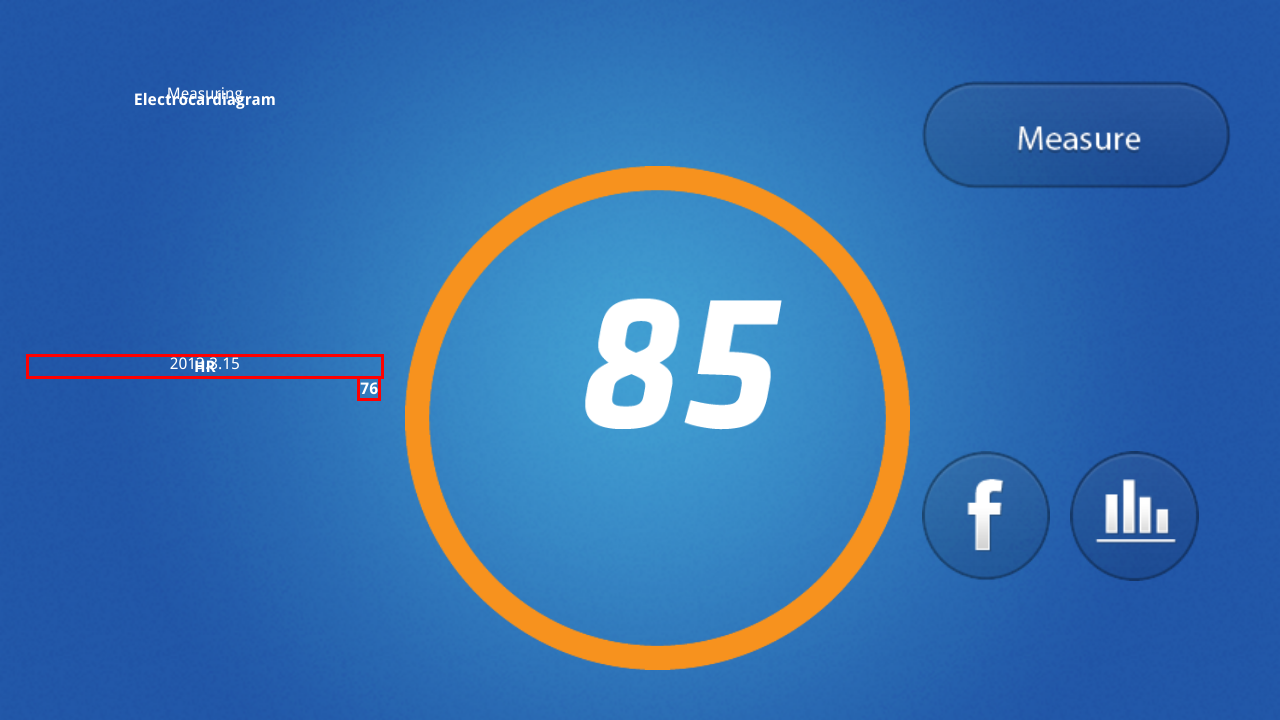
Repository: chouwill79131/IEcontest
Page: BluetoothChat/assets/complete.html
The author's editor kept a copy of each file at every save. The page is drawn from the files as they stood at one save, then again after the next save.
The browser window is 1280 px wide. The pictures show the whole page.

Above is the page before, as saved 2013-03-08 17:50:52.
Console error: TypeError: Cannot set properties of null (setting 'innerHTML')

### BluetoothChat/assets/complete.html
<html>
  <head>
    <meta http-equiv="Content-Type" content="text/html; charset=utf-8"/>
    <link href="complete.css" rel="stylesheet"/>
    <script src="jquery.js"></script>
    <script src="highcharts.js"></script>
    <script src="delay.js"></script>
    <script src="main.js"></script>
  </head>
  <body>
    <div id="main" >
    	<div class="left">
			<div class="text">
				<div class="word">Electrocardiagram</div><br />
				<div class="subword">Measuring</div><br />

				<div class="hr"><div>HR</div><div id="hr">76</div></div><br />
				<div class="date">2013.3.15</div>
			</div>

		</div>

		<div class="mid">
			<img class="rhythm" src="button/85.png" />
			<img class="circle" src="button/circle.png" />
		</div>

		<div class="right">
			<button class="measure"><img src="button/Measure.png" /></button><br />
			<button class="share" ><img src="button/Share.png" /></button>
			<button class="record"><img src="button/Record.png" /></button>
		</div>




	</div>
  </body>
</html>

### BluetoothChat/assets/complete.css
@font-face {
    font-family: droidsans;
    src: url(fonts/droidsans.ttf);
}

@font-face {
    font-family: DroidSans-Bold;
    src: url(fonts/DroidSans-Bold.ttf);
}

body { margin:0; padding:0;}
#main { width: auto; height: 100%; background-image: url(button/background.png); background-size: 100% 100%; }
.left, .mid, .right {float: left; height: 100%; }


.left {  width: 28%; padding-left:2%;}
.text, .hr , .date{ text-align: center; color:white;}
.word { margin-top: 25%;  font-family: DroidSans-Bold ; }
.subword, .date { margin-top:-12%; font-family: droidsans ;}
.hr {  border:solid red ; margin-top: 65%;  font-family: DroidSans-Bold ;}
#hr {border:solid red; float:right; margin-left: -10% ;}
.date { font-family: droidsans ;}

.mid { width: 41%; }
.rhythm, .circle { width: auto; height:70%; margin-left: 4%; }
.rhythm { margin-top: 22%; z-index: 1;  margin-left:-28% ;}
.circle { margin-top: -86.5%; z-index: 2; }

.right { width: 29%; }
.right button { float: left; border: none; background: transparent; }
.measure img {margin-top: 8%; width: auto;  height:15%; }
.share img, .record img { width: auto;  height:18%; }
.measure { margin-left: 2%; margin-top: 15%; }
.share, .record { background: red;margin-top: 70%; margin-left: 2%; }


<!--
border? font? .record_top
-->

### BluetoothChat/assets/delay.js

$(function(){
setTimeout(function(){
$.getScript("dy_chart.js");
},200)
})

### BluetoothChat/assets/main.js
var chart;
var step = 0.01;	//step0.008每秒125點	//0.005極限
var xstart = step;
var hr = "--";
var score = "--";
var index;
$(document).ready(function ready() {

    var s = "";
    var theDate = new Date();
    s += theDate.getYear()+1900 + ".";                //  年
    s += (theDate.getMonth() + 1) + ".";				// 月
    s += theDate.getDate(); 							// 日
    document.getElementById("date").innerHTML = s;
    index = document.getElementById("main").innerHTML; //保留首頁

    $(".measure").live("click", function() {
      measure();
    }); //click .measure


}); //(document).ready

function shared(){
	view1 = document.getElementById("rhythm").innerHTML;
	document.getElementById("rhythm").innerHTML = view1+'<img class="stop" src="button/complete.png" style="width:100%; margin-top: -50% ;z-index:5;position: relative;" />';
	$("#main").live("click", function() {
      document.getElementById("rhythm").innerHTML = view1;
    });
}

function complete(hr1,score1){
  hr = hr1;
  score = score1;
  view = document.getElementById("dy_chart").innerHTML;
  document.getElementById("dy_chart").innerHTML = view+'<img class="stop" src="button/Completed.png" style="width:50%; margin: -20% 0% 0% 25%; z-index:2;position: relative;" />';
  $(".stop").html('<img src="button/Continue.png" />');
}

function addSomething(a) {
  for (var i in a){
    chart.series[0].addPoint([xstart,a[i]],false,true);
    xstart += step;
  }
  chart.redraw();
}

function history(history){
	view2 = document.getElementById("main").innerHTML;
    $("#main").html(
    '<div class="main1">'+
	'<div class="contain">'+
	'<div id="dy_chart" style="z-index:1;position: relative;"></div>'+
	'</div>'+
	'<div id="foot">'+
	'<button class="stop">'+
	'<img src="button/Back.png" />'+
	'</button>'+
	'</div>'+
    '</div>'
    );

    Highcharts.setOptions({
      global: {
	useUTC: true
      }
    });

    hischart = new Highcharts.Chart({
      chart: {
		renderTo: 'dy_chart',
		backgroundColor: 'transparent',
		type: 'line',
      },
      title: {
		style:{ color: '#FFFFFF'},
		text: 'Measure history',
      },
      credits: {			// highchart.com
		enabled:false
      },
      legend: {  			// 線的標示
        enabled: false
      },
      xAxis: {
      	type: 'datetime',
		dateTimeLabelFormats: { // don't display the dummy year
	  		month: '%e. %b',
	  		year: '%b'
		},
		lineColor: '#FFFFFF',
		labels: {
	  		style: {
				color: '#FFFFFF',
			}
		}
	  },
	  yAxis: {
	    title: {text: 'Feeling',
	    			style: {
						color: '#FFFFFF',
					}
				},
	  	gridLineColor: '#FFFFFF',
	  	labels: {
	  		style: {
				color: '#FFFFFF',
			}
		}
	  },
	  plotOptions: {
                line: {
                    dataLabels: {
                        enabled: true,
                        color: '#FFFFFF',
                    },
                    enableMouseTracking: true,
                }
      },
	series: [{
	  name: 'measure history',
	  color: '#FFFFFF',
	  data: history
	}],
    });

    $(".stop").live("click", function(){
 //     hr = "--";
      $(".main1").html(view2);
 //     document.getElementById("hr").innerHTML = hr;
    });
};// .record click

function measure(){
	xstart = 0.01;
	$("#main").html('<div class="main1">'+
		'<div class="contain">'+
		'<div id="dy_chart" style="z-index:1;position: relative;"></div>'+
		'</div>'+
		'<div id="foot">'+
		'<button class="stop" onclick="window.MyHandler.disconnect()">'+
		'<img src="button/Stop.png" />'+
		'</button>'+
		'</div>'+
      	'</div>');
    Highcharts.setOptions({
      global: {useUTC: true }
    });
    chart = new Highcharts.Chart({
      chart: {
		renderTo: 'dy_chart',
		backgroundColor: 'transparent',
		type: 'spline',
		marginRight: 10,
      },
      credits: {enabled:false},
      title: {
		style:{ color: '#FFFFFF'},
		text: 'Electrondiagram',
      },
      xAxis: {
		type: 'x Axis',
		style:{ color: '#FFFFFF'},
		tickPixelInterval: 100,
		lineColor: '#FFFFFF',
		labels: {style: {color: '#FFFFFF'}},
      },
      yAxis: {
      	title: {
      		text: 'Score',
      		style: {color: '#FFFFFF'}},
	  		gridLineColor: '#FFFFFF',
	  		labels: {style: {color: '#FFFFFF'}},
			//max:1500,
			//min:0,
			title: {
	  			style:{ color: '#FFFFFF'},
	  			text: 'PPG'
	  		},
			plotLines: [{value: 0,width: 1}]
      	},
      	legend: {enabled: false},
      	exporting: {enabled: false},
      	plotOptions: {
			spline: {
	  			lineWidth: 1,
	  			states: {
	    			hover: {
	      				enabled: false,
	      				lineWidth: 2
	    			}
	  			},
	  		marker: {
	    		enabled: false,
	    		states: {
	      			hover: {
						enabled: false,
	      			}
	    		}
	  		},
		}
      }, // yAxis
      series: [{
		name: 'Data',
		color: '#FFFFFF',
		data: (function() {
	  		var data = [];
	  		var step = 0.01;	//step0.008每秒125點	//0.005極限
			var xstart = step;
	  		for (var i = -4; i <= xstart; i+=step){data.push({x: i,y: 0 });}
	  		return data;
		})()
		}]
    }); //Highcharts

    hr = '--';
    score = '--';
    $(".stop").live("click",function() {
      $(".main1").html(index);
      document.getElementById("hr").innerHTML = hr;
      document.getElementById("rhythm").innerHTML = '<div id="score">'+score+'</div><img class="circle" src="button/circle.png" />';
    }); //click .stop
}

### BluetoothChat/assets/dy_chart.js
var chart;
var step = 0.01;	//step0.008每秒125點	//0.005極限
var xstart = step;
//a = Math.random();
var hr = 15;
var score = 80;
function complete(hr1,score1){
	hr = hr1;
	score = score1;
	view = document.getElementById("dy_chart").innerHTML;
	document.getElementById("dy_chart").innerHTML = view+'<img class="stop" src="button/60.png" style="width:50%; margin: -20% 0% 0% 25%; z-index:2;position: relative;" /><br />'+hr+',<br />'+score;
}

function addSomething(a) {
//	setInterval(function() {        			 // for testing feq
	for (var i in a){
		chart.series[0].addPoint([xstart,a[i]],false,true);
		xstart += step;
	}

	/**
	chart.series[0].addPoint([xstart,a],false,true);
	xstart += step;
	**/

	chart.redraw();
//	}, 1000);									// for testing feq
}



$(function () {
	$(".stop").click(function() {
	$(".main1").html('  <div id="main" >'+
    	'<div class="left">'+
			'<div class="text">'+
				'<div class="word">Electrocardiagram</div><br />'+
				'<div class="subword">Measuring</div><br />'+
				'<div class="hr">HR <span id="hr"></span></div>'+
				'<div id="date"></div>'+
			'</div>'+
		'</div>'+
		'<div class="mid" id="mid">'+
			'<div class="score">84</div>'+
			'<img class="circle" src="button/circle.png" />'+
		'</div>'+
		'<div class="right">'+
			'<button class="measure"><img src="button/Measure.png" /></button><br />'+
			'<button class="share" ><img src="button/Share.png" /></button>'+
			'<button class="record"><img src="button/Record.png" /></button>'+
		'</div>'+
	'</div>');
 // 		window.location.href = "complete.html";
	});
    $(document).ready(function() {
        Highcharts.setOptions({
            global: {
                useUTC: false
            }
        });

        chart = new Highcharts.Chart({
            chart: {
                renderTo: 'dy_chart',
                backgroundColor: 'transparent',
                type: 'spline',
                marginRight: 10,
            },
            credits: {
            enabled:false
            }
            ,
            title: {
            	style:{ color: '#FFFFFF'},
                text: 'Electrondiagram',
            },
            xAxis: {
                type: 'x Axis',
                style:{ color: '#FFFFFF'},
                tickPixelInterval: 150
            },
            yAxis: {
            	max:1500,
            	min:0,
                title: {
                	style:{ color: '#FFFFFF'},
                    text: 'Value'
                },
                plotLines: [{
                    value: 0,
                    width: 1,
                }]
            },

            legend: {
                enabled: false
            },
            exporting: {
                enabled: false
            },
	    plotOptions: {
                spline: {
                   lineWidth: 1,
                   states: {
                       hover: {
                       	enabled: false,
                        lineWidth: 2
                       }
                   },
                   marker: {
                      enabled: false,
                      states: {
                          hover: {
                             enabled: false,
                          }
                      }
                  },
               }
            },
            series: [{
                name: 'Data',
                color: '#FFFFFF',
                data: (function() {
                    // generate an array of random data
                    var data = [],
                        time = (new Date()).getTime(),i;

                    for (i = -4; i <= xstart; i+=step) {
                        data.push({
                            x: i,
                            y: 0
                        });
                    }
                    return data;
                })()
            }]
        });
    });
});

Loaded but not shown: BluetoothChat/assets/jquery.js (library); BluetoothChat/assets/highcharts.js (library)

After the next save:
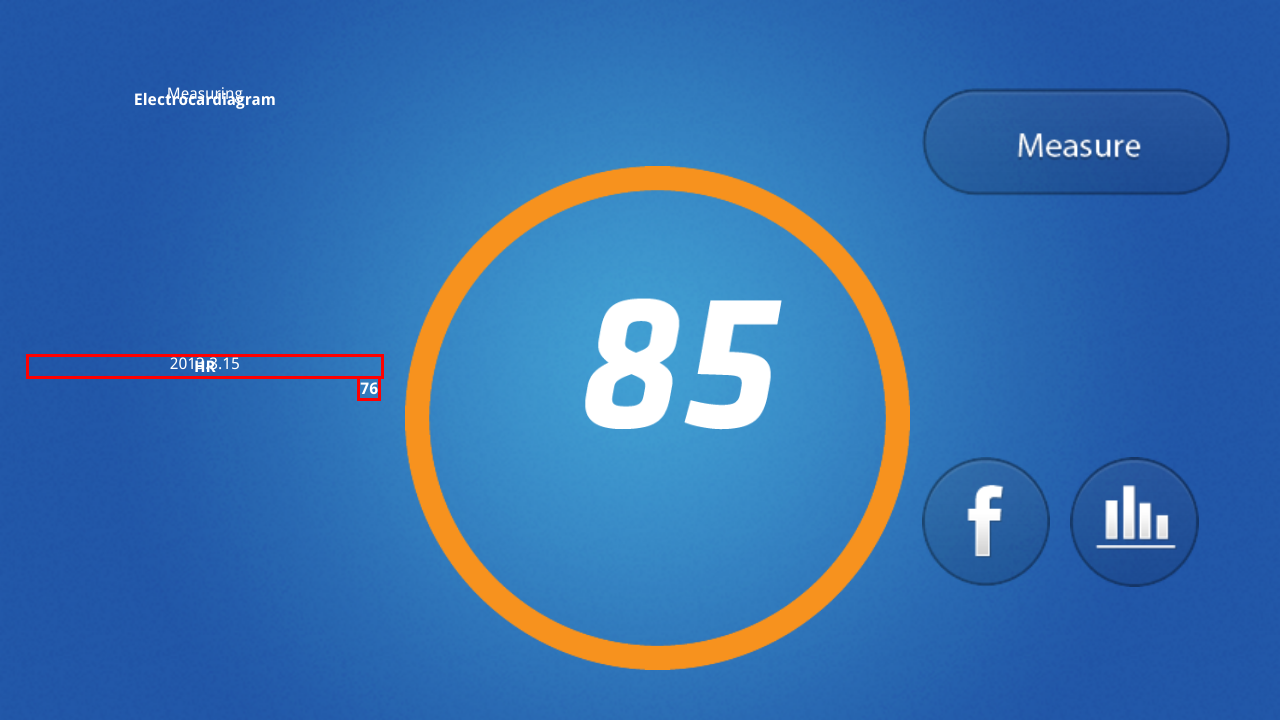
Saved 22 s later.
--- a/BluetoothChat/assets/complete.css
+++ b/BluetoothChat/assets/complete.css
@@ -28,7 +28,7 @@ body { margin:0; padding:0;}
 
 .right { width: 29%; }
 .right button { float: left; border: none; background: transparent; }
-.measure img {margin-top: 8%; width: auto;  height:15%; }
+.measure img {margin-top: 10%; width: auto;  height:15%; }
 .share img, .record img { width: auto;  height:18%; }
 .measure { margin-left: 2%; margin-top: 15%; }
 .share, .record { background: red;margin-top: 70%; margin-left: 2%; }
